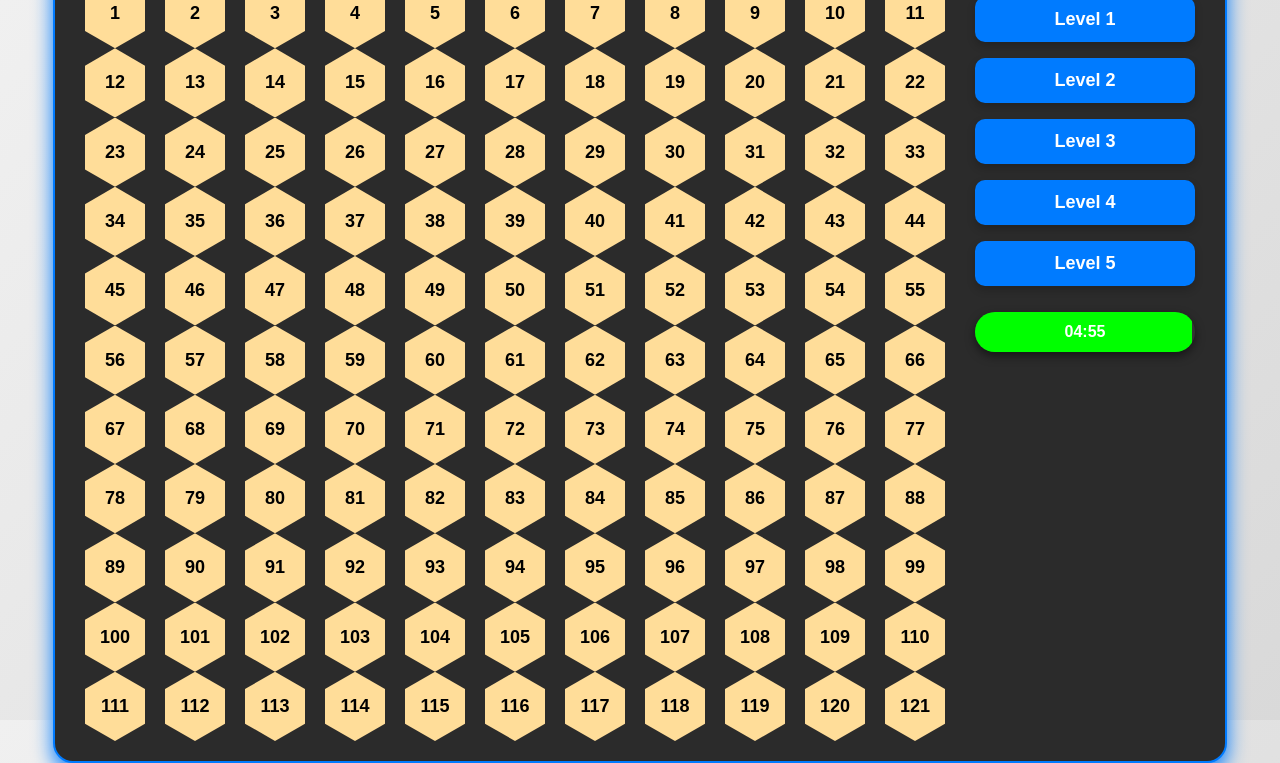
Repository: radisyah/THE_BRAIN_STORM
Page: Terrible Hunt.html
An editor plug-in stored every save of this project. The page is shown before and after the next save, followed by the edit.
The browser window is 1280 px wide. The pictures show the whole page.

Above is the page before, as saved 2024-10-23 15:44:27.

After the next save:
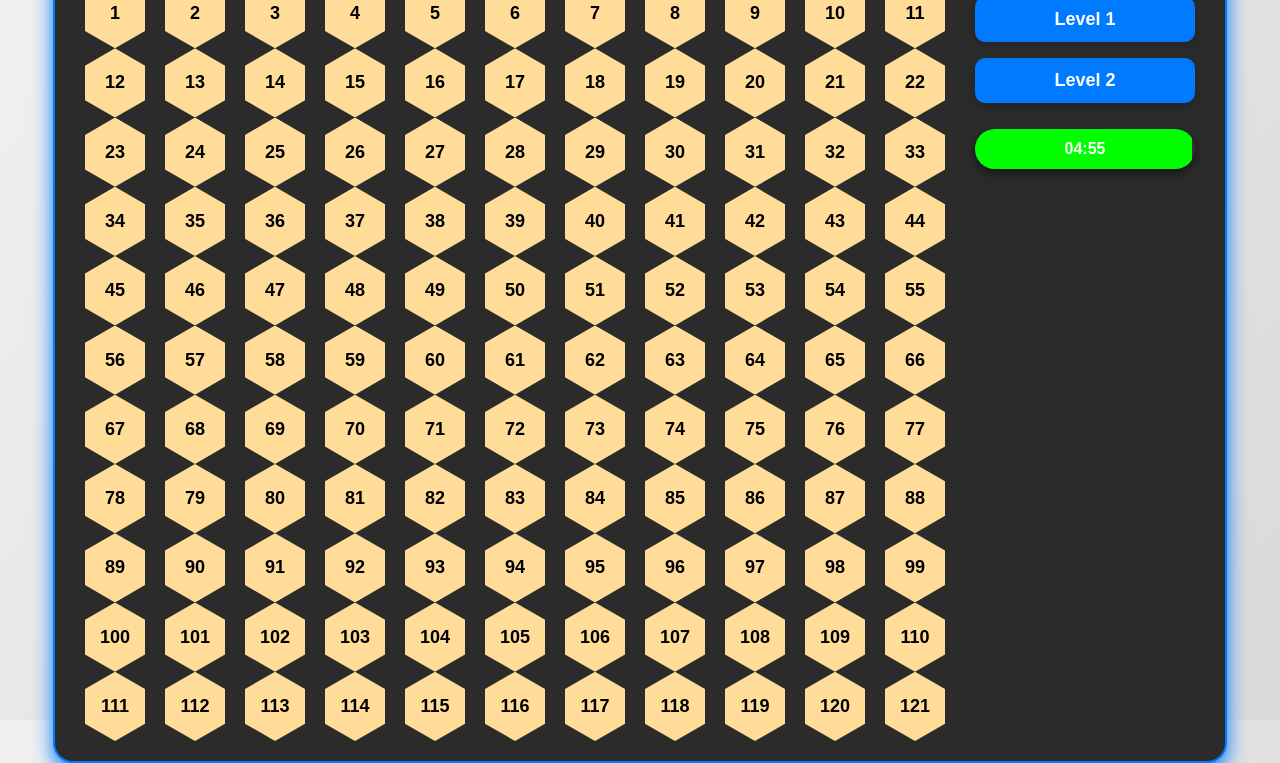
Saved 29 h 51 min later.
--- a/Terrible Hunt.html
+++ b/Terrible Hunt.html
@@ -161,9 +161,6 @@
         <div class="button-container">
             <button class="level-button" onclick="selectLevel(1)">Level 1</button>
             <button class="level-button" onclick="selectLevel(2)">Level 2</button>
-            <button class="level-button" onclick="selectLevel(3)">Level 3</button>
-            <button class="level-button" onclick="selectLevel(4)">Level 4</button>
-            <button class="level-button" onclick="selectLevel(5)">Level 5</button>
             <br>
             <div class="timer-container">
                 <div id="timer">05:00</div>
